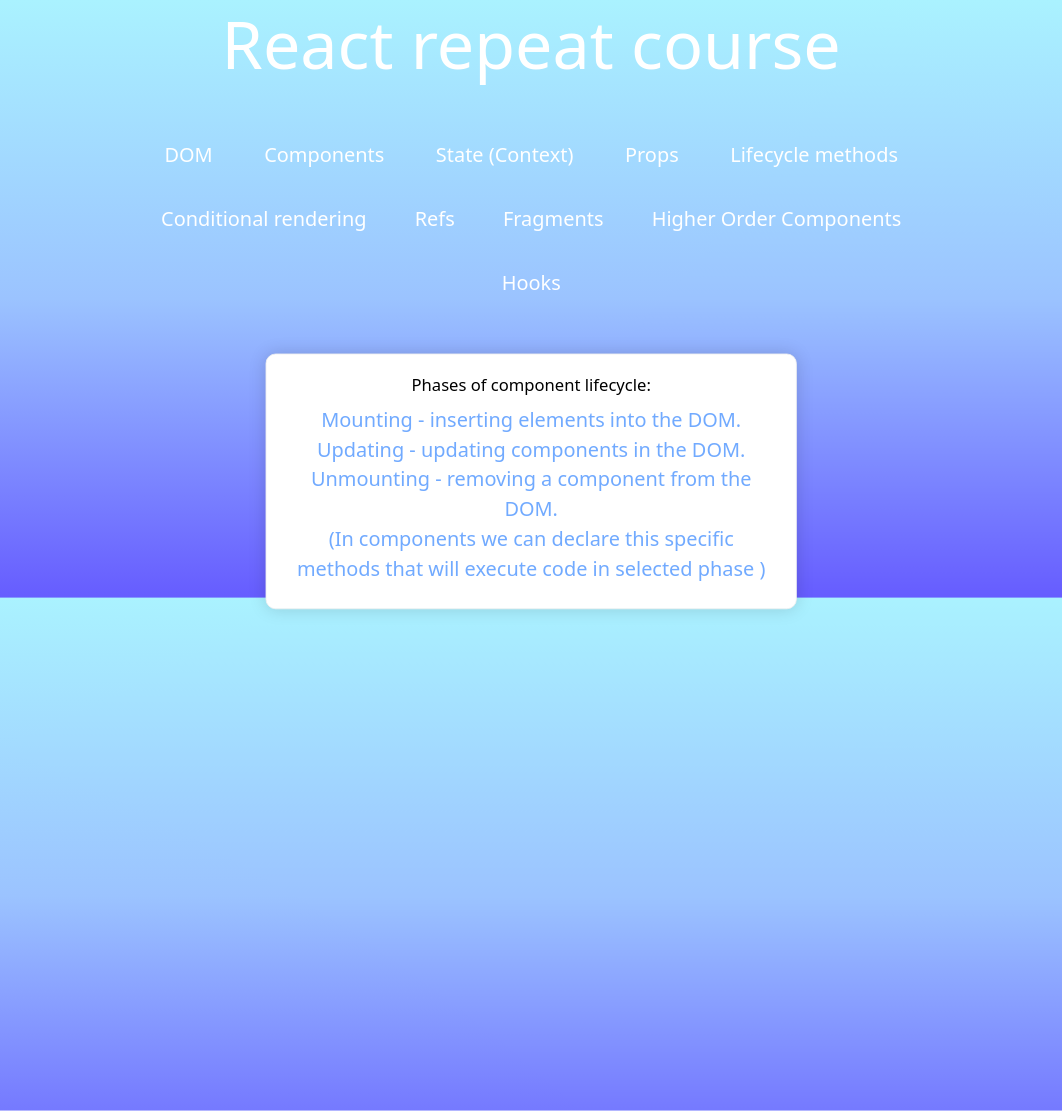
Repository: michalgornicki/github
Page: /#/Lifecycle
An editor plug-in stored every save of this project. The page is shown before and after a run of saves, followed by the edit.
The browser window is 1280 px wide. The pictures show the whole page, at 83% of full size.
Backgrounds fixed to the window are drawn as part of the page. The project was rebuilt for these pictures with package versions that can differ from the ones it lists, and the page was loaded fresh each time. Also part of the build but not shown: src/components/dom.jsx, src/components/components.jsx, src/components/state.jsx, src/components/props.jsx, src/components/conditional.jsx, src/components/refs.jsx, src/components/fragments.jsx, src/components/hoc.jsx and 1 more.

Above is the page before, as saved 2022-02-07 13:08:46.

After the next 2 saves:
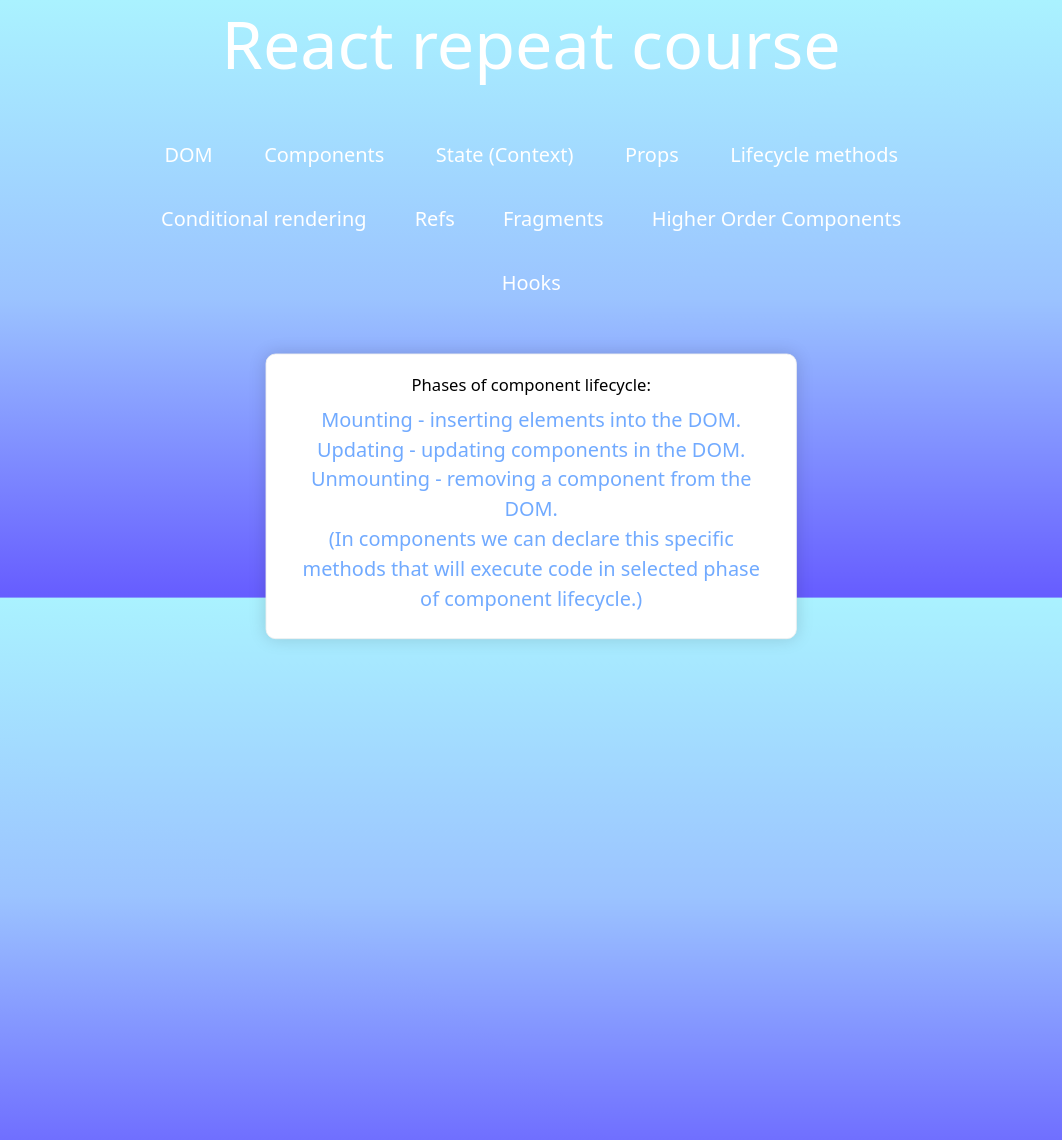
The 2 saves are shown as one change because they came seconds apart.
The last was saved 6 s later.
--- a/src/components/lifecycle.jsx
+++ b/src/components/lifecycle.jsx
@@ -8,7 +8,7 @@
           {`Mounting - inserting elements into the DOM.`} <br />
           {`Updating - updating components in the DOM.`} <br />
           {`Unmounting - removing a component from the DOM.`}{" "} <br />
-          (In components we can declare this specific methods that will execute code in selected phase )
+          (In components we can declare this specific methods that will execute code in selected phase of component lifecycle.)
         </div>{" "}
 
       </div>
